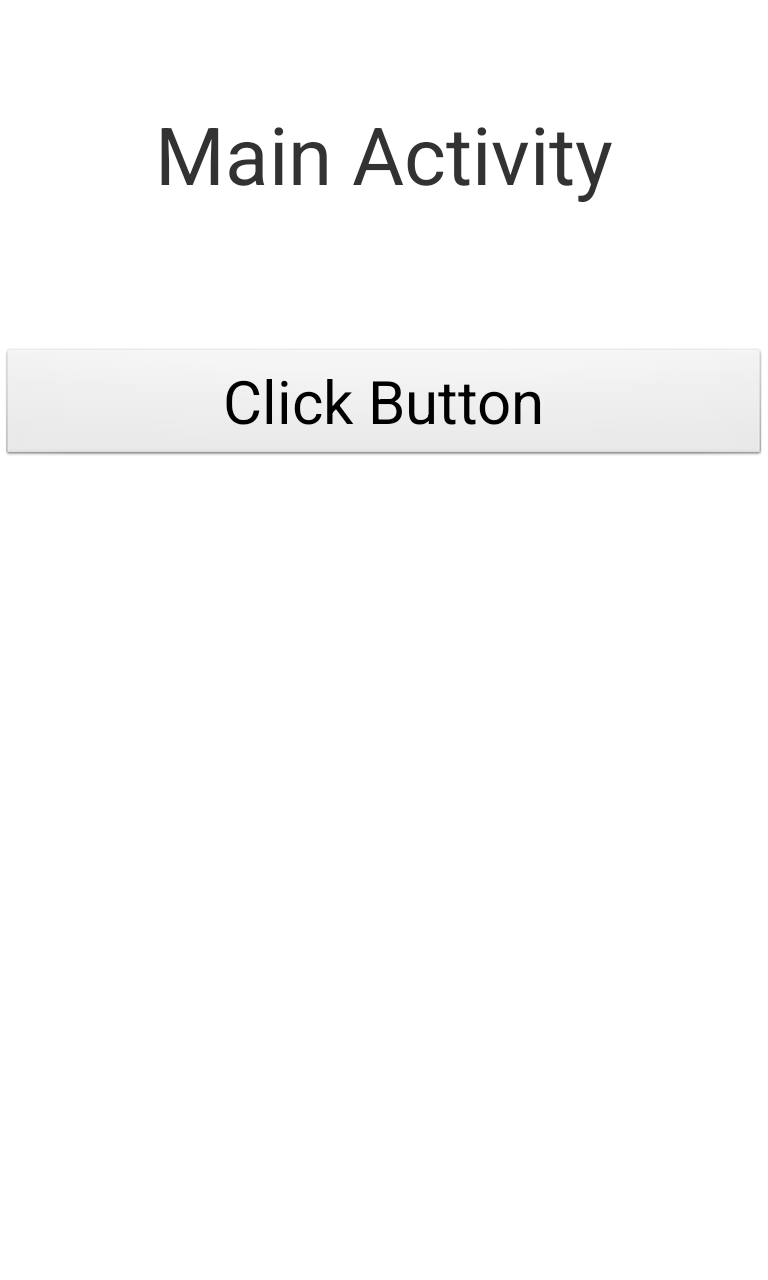
Repository: CiLiNet-Android/courseware
Layout: Android用户界面/Button/SourceCodes/ButtonDemo/res/layout/activity_main.xml
The author's editor kept a copy of each file at every save. The layout is drawn from the files as they stood at one save, then again after the next save.
It is drawn on a 768 x 1280 px phone screen (xhdpi) without system bars, with theme AppTheme; the app's code is not run.

Above is the layout before, as saved 2014-02-23 07:28:06.

### Android用户界面/Button/SourceCodes/ButtonDemo/res/layout/activity_main.xml
<?xml version="1.0" encoding="utf-8"?>
<LinearLayout xmlns:android="http://schemas.android.com/apk/res/android"
    android:layout_width="match_parent"
    android:layout_height="match_parent"
    android:orientation="vertical" >

    <TextView
        android:layout_width="match_parent"
        android:layout_height="wrap_content"
        android:gravity="center_horizontal"
        android:layout_marginTop="50dp"
        android:textSize="40sp"
        android:text="Main Activity"/>

    <Button
        android:layout_width="match_parent"
        android:layout_height="wrap_content"
        android:layout_marginTop="70dp"
        android:textSize="30sp"
        android:text="Click Button"
        android:id="@+id/btn_clickButton"/>

</LinearLayout>

### Android用户界面/Button/SourceCodes/ButtonDemo/res/drawable/click_button.xml
<?xml version="1.0" encoding="utf-8"?>
<selector xmlns:android="http://schemas.android.com/apk/res/android">
    <!--
	<item android:state_focused="true" android:drawable="@drawable/" />
	<item android:state_pressed="true" android:drawable="@drawable/bg_delwords_sel" />
	<item android:state_selected="true" android:drawable="@drawable/bg_delwords_sel" />
	 -->
	<item android:drawable="@drawable/bg_delwords_nor" />
</selector>

Loaded but not shown: Android用户界面/Button/SourceCodes/ButtonDemo/res/values/styles.xml (common file)

After the next save:
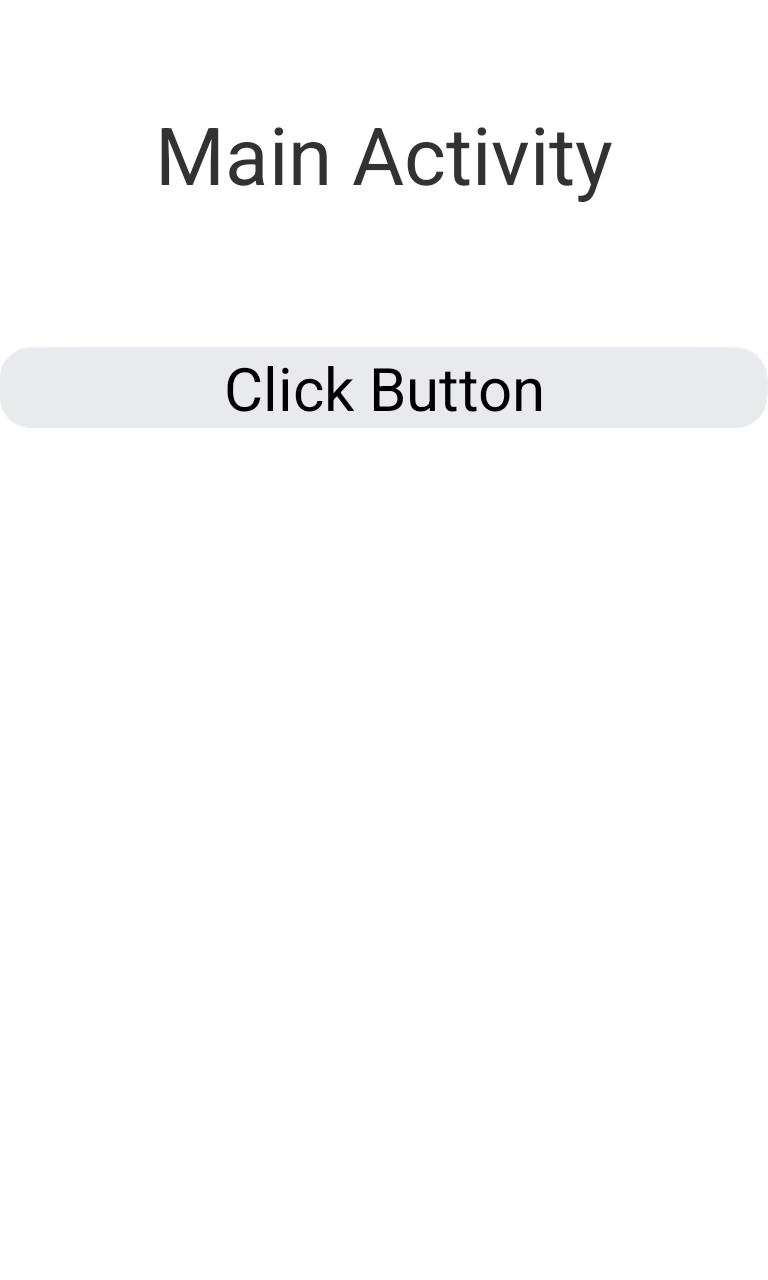
Saved 108 s later.
--- a/Android用户界面/Button/SourceCodes/ButtonDemo/res/layout/activity_main.xml
+++ b/Android用户界面/Button/SourceCodes/ButtonDemo/res/layout/activity_main.xml
@@ -18,6 +18,7 @@
         android:layout_marginTop="70dp"
         android:textSize="30sp"
         android:text="Click Button"
+        android:background="@drawable/click_button"
         android:id="@+id/btn_clickButton"/>
 
 </LinearLayout>
